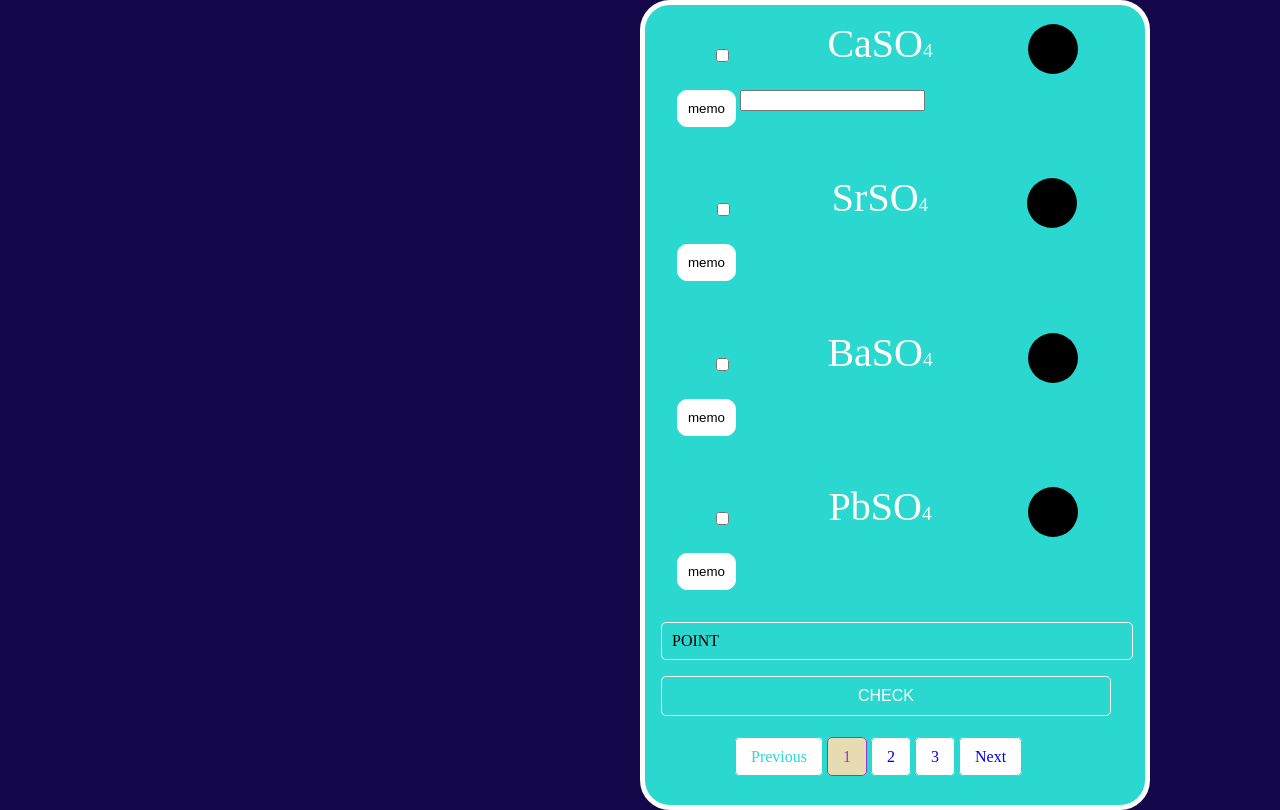
Repository: 1000sky/Inorganic_chemistry_application
Page: http://localhost/
The author's editor kept a copy of each file at every save. The page is drawn from the files as they stood at one save, then again after the next save.
The browser window is 1280 px wide. The pictures show the whole page.
After loading, the first visible `input.button` was clicked once.
The page is served by the project's Laravel application, run on PHP 8.4 with Laravel 8. Other server files are loaded and not shown.

Above is the page before, as saved 2022-07-17 11:36:52.

### application/routes/web.php
<?php

use Illuminate\Support\Facades\Route;

/*
|--------------------------------------------------------------------------
| Web Routes
|--------------------------------------------------------------------------
|
| Here is where you can register web routes for your application. These
| routes are loaded by the RouteServiceProvider within a group which
| contains the "web" middleware group. Now create something great!
|
*/

Route::get('/home', function () {
    return view('welcome');
});

Route::get('/dashboard', function () {
    return view('dashboard');
})->middleware(['auth'])->name('dashboard');

require __DIR__.'/auth.php';



Route::get('/', function () {
    return view('index');
});

Route::get('/start', function () {
    return view('start');
})->middleware('auth');

Route::get('/explanation', function () {
    return view('explanation');
});

Route::get('/index2', function () {
    return view('index2');
});

Route::get('/index3', function () {
    return view('index3');
});

Route::get('/index4', function () {
    return view('index4');
});

Route::get('/index5', function () {
    return view('index5');
});

Route::get('/index6', function () {
    return view('index6');
});

Route::get('/index7', function () {
    return view('index7');
});

### application/resources/views/index.blade.php
<!DOCTYPE html>
<html lang="ja">
<head>
    <meta charset="UTF-8">
    <meta name="viewport" content="width=device-width, initial-scale=1.0">
    <meta http-equiv="X-UA-Compatible" content="ie=edge">
    <title>Inorganic_chemistry_application</title>
    <link rel="stylesheet" href="css/reset.css" >
    <link rel="stylesheet" href="css/index.css" />

</head>
<body>
    <div class=card>
        <div class=memorize>
          <input type="checkbox" class=checkbox name="">
          <div class=Chemical-formula>CaSO<span>4</span></div>
          <div class=circle></div>
        </div>
        <form>
          <input type="button" class=button name="" value="memo" onClick="setTF(this.form.text1,'visible')">
          <input type="text" name="text1" style="visibility:hidden"><br>
        </form>
        <br>
        <br>


        <div class=memorize>
          <input type="checkbox" class=checkbox name="">
          <div class=Chemical-formula>SrSO<span>4</span></div>
          <div class=circle></div>
        </div>
        <form>
          <input type="button" class=button name="" value="memo" onClick="setTF(this.form.text1,'visible')">
          <input type="text" name="text1" style="visibility:hidden"><br>
        </form>
        <br>
        <br>


        <div class=memorize>
          <input type="checkbox" class=checkbox name="">
          <div class=Chemical-formula>BaSO<span>4</span></div>
          <div class=circle></div>
        </div>
        <form>
          <input type="button" class=button name="" value="memo" onClick="setTF(this.form.text1,'visible')">
          <input type="text" name="text1" style="visibility:hidden"><br>
        </form>
        <br>
        <br>


        <div class=memorize>
          <input type="checkbox" class=checkbox name="">
          <div class=Chemical-formula>PbSO<span>4</span></div>
          <div class=circle></div>
        </div>
        <form>
          <input type="button" class=button name="" value="memo" onClick="setTF(this.form.text1,'visible')">
          <input type="text" name="text1" style="visibility:hidden"><br>
        </form>
        <br>
        <br>

        <div id="point">POINT
           <p id="point-text"></p>
        </div>

        <button id="check">
          <p id="check-text">CHECK</p>
        </button>

        <ul class="page">
          <li>Previous</li>
          <li class="this">1</li>
          <li><a href="/index2">2</a></li>
          <li><a href="/index3">3</a></li>
          <li><a href="/index2">Next</a></li>
         </ul>
    </div>

     <script language="JavaScript">
      function setTF(fObj,vType)
      {
        fObj.style.visibility = vType;
      };

      document.getElementById("point").onclick = function() {
        document.getElementById("point-text").innerHTML = "硫酸の塩は本来,水に溶けやすいです。<br>アルカリ土類金属イオンやPb<span class=ion>2+</span>があると沈殿します。";

      };

      document.getElementById("check").onclick = function() {
        document.getElementById("check-text").innerHTML = "アルカリ土類金属　Ca Sr Ba Ra   周期表の2属に属します";


      }


      /* window.addEventListener('load', function(){
        document.getElementById("check").addEventListener('click', function(){
        alert("アルカリ土類金属　Ca Sr Ba Ra   周期表の2属に属します");
       });
      });*/
       </script>
</body>
</html>

### application/public/css/index.css
body {
    background-color: rgb(20, 8, 75);
}

.card {
  position: relative;
  top: 50%;
  left: 50%;
  width: 500px;
  height: 800px;

  background-color: rgb(42, 216, 208);
  border: solid 5px white;
  border-radius: 30px;
}
.checkbox{
    margin-top: 1rem;

}
.memorize{
  padding: 1.2rem 1.2rem 0;
  display: flex;
  justify-content: space-around;
}

.Chemical-formula {
    color: white;
    font-size: 2.5rem;
}

.circle{
  width: 50px;
  height: 50px;
  background: black;
  border-radius: 50%;

}
.circle:hover{
    background-color: white;

}

.button{

    margin: 1rem 0 0 2rem;
    border-radius: 10px;
    border: solid 1px white;
    background-color: white;
    padding: 10px;
}

span {
  font-size: 1.2rem;
}

.point {
   color: white;

   font-size: 2.5rem;
}



.page{

  position: absolute;
  left:18%;
  bottom: 5%;

}


.page li{
  display: inline;
  padding:10px 15px;
  border:solid 1px ;
  border-radius: 5px ;
  color: rgb(42, 216, 208);
  background-color: white;

}

.page li a:hover {

  background-color: rgb(255, 231, 51);
  text-decoration: none;
}


.page .this {
  background-color:rgb(231, 219, 177);
  color:rgb(140, 59, 206);
  text-decoration: none;
}

.page a {
  text-decoration: none;
}

#point {
  margin: 0 1rem;
  cursor: pointer;
  width: 450px;
  padding: 10px;
  text-align: left;
  border: 1px solid white;
  border-radius: 5px ;
}


#point-text {
  text-align: center;
}


#check {
  margin: 1rem ;
  color: white;
  cursor: pointer;
  width: 450px;
  padding: 10px;
  border: 1px solid white;
  border-radius: 5px ;
  background-color: rgb(42, 216, 208);
}


#check-text {
  font-size: 1rem;
  text-align: center;
  margin: 0 auto;
  color: white;

}


.ion {
  font-size: 0.5rem;
  vertical-align: top;

}

.hg {
  font-size: 0.5rem;
}


/* 3ページ */
.circle-CuOH{
  width: 50px;
  height: 50px;
  background: black;
  border-radius: 50%;

}
/* 3ページ */
.circle-CuOH:hover {
  background-color: rgb(52, 194, 222);
  border: 1px solid white;

}
/* 3ページ */
.circle-FeOH2{
  width: 50px;
  height: 50px;
  background: black;
  border-radius: 50%;
}
/* 3ページ */
.circle-FeOH2:hover {
  background-color: rgb(164, 213, 164);
  border: 1px solid white;

}
/* 3 4 ページ */
.circle-reddish-brown{
  width: 50px;
  height: 50px;
  background: black;
  border-radius: 50%;
}
/* 3 4ページ */
.circle-reddish-brown:hover {

  border: 1px solid white;
  background: linear-gradient(180deg,rgb(128, 37, 2), rgb(237, 237, 116));

}
/* 3ページ */
.kasuu {
  font-size: 0.5rem;
}

/* 4ページ */
.circle-black {
  width: 50px;
  height: 50px;
  background: black;
  border-radius: 50%;

}
/* 4ページ */
.circle-black:hover {
    background-color: rgb(21, 21, 29);
    border: 2px solid white;

}
/* 7ページ */
.circle-yellow {
  width: 50px;
  height: 50px;
  background: black;
  border-radius: 50%;

}
/* 7ページ */
.circle-yellow:hover {
    background-color: yellow;
    border: 2px solid white;

}

/* 7ページ */

.flame-reaction3{
  display: inline;


}

.circle-Li {

  width: 30px;
  height: 30px;
  background: black;
  border-radius: 50%;
}

.circle-Li:hover {
  background-color: rgb(233, 47, 10);
  border: 2px solid white;

}

.circle-Na {

  width: 30px;
  height: 30px;
  background: black;
  border-radius: 50%;
}

.circle-Na:hover {
  background-color: rgb(222, 193, 48);
  border: 2px solid white;

}

.circle-K {
  width: 30px;
  height: 30px;
  background: black;
  border-radius: 50%;
}

.circle-K:hover {
  background-color: rgb(211, 154, 205);
  border: 2px solid white;

}

.circle-Cu {
  width: 30px;
  height: 30px;
  background: black;
  border-radius: 50%;
}

.circle-Cu:hover {
  background-color: rgb(21, 161, 131);
  border: 2px solid white;

}

.circle-Ca {
  width: 30px;
  height: 30px;
  background: black;
  border-radius: 50%;
}

.circle-Ca:hover {
  background-color: rgb(237, 104, 37);
  border: 2px solid white;

}

.circle-Sr {
  width: 30px;
  height: 30px;
  background: black;
  border-radius: 50%;
}

.circle-Sr:hover {
  background-color: rgb(183, 46, 101);
  border: 2px solid white;

}

.circle-Ba {
  width: 30px;
  height: 30px;
  background: black;
  border-radius: 50%;
}

.circle-Ba:hover {
  background-color: rgb(174, 247, 118);
  border: 2px solid white;

}






#flame-reaction {

  margin: 1rem auto;
  cursor: pointer;
  width: 450px;
  padding: 10px;
  text-align: center;
  border: 1px solid white;
  border-radius: 5px ;


}

#flame-reaction2 {
  color: white;
  text-align: left;
  display: inline;

}

Loaded but not shown: application/routes/auth.php (common file); application/public/css/reset.css (common file)

After the next save:
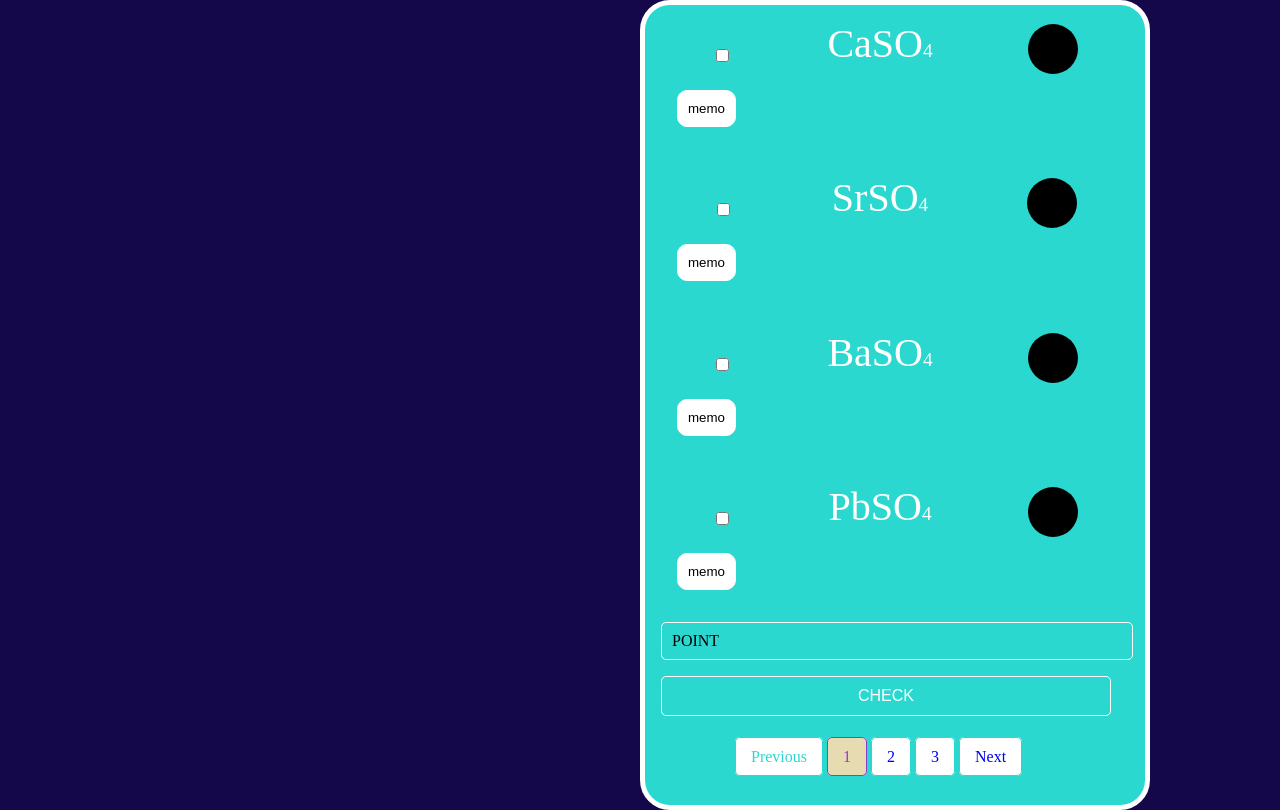
Console error: SyntaxError: Unexpected end of input
Saved 32 s later.
--- a/application/resources/views/index.blade.php
+++ b/application/resources/views/index.blade.php
@@ -94,6 +94,9 @@
         document.getElementById("check-text").innerHTML = "アルカリ土類金属　Ca Sr Ba Ra   周期表の2属に属します";
 
 
+
+      document.getElementById("check-text").onclick = function() {
+        classList.remove("check");
       }
 
 

After the 3 saves that followed:
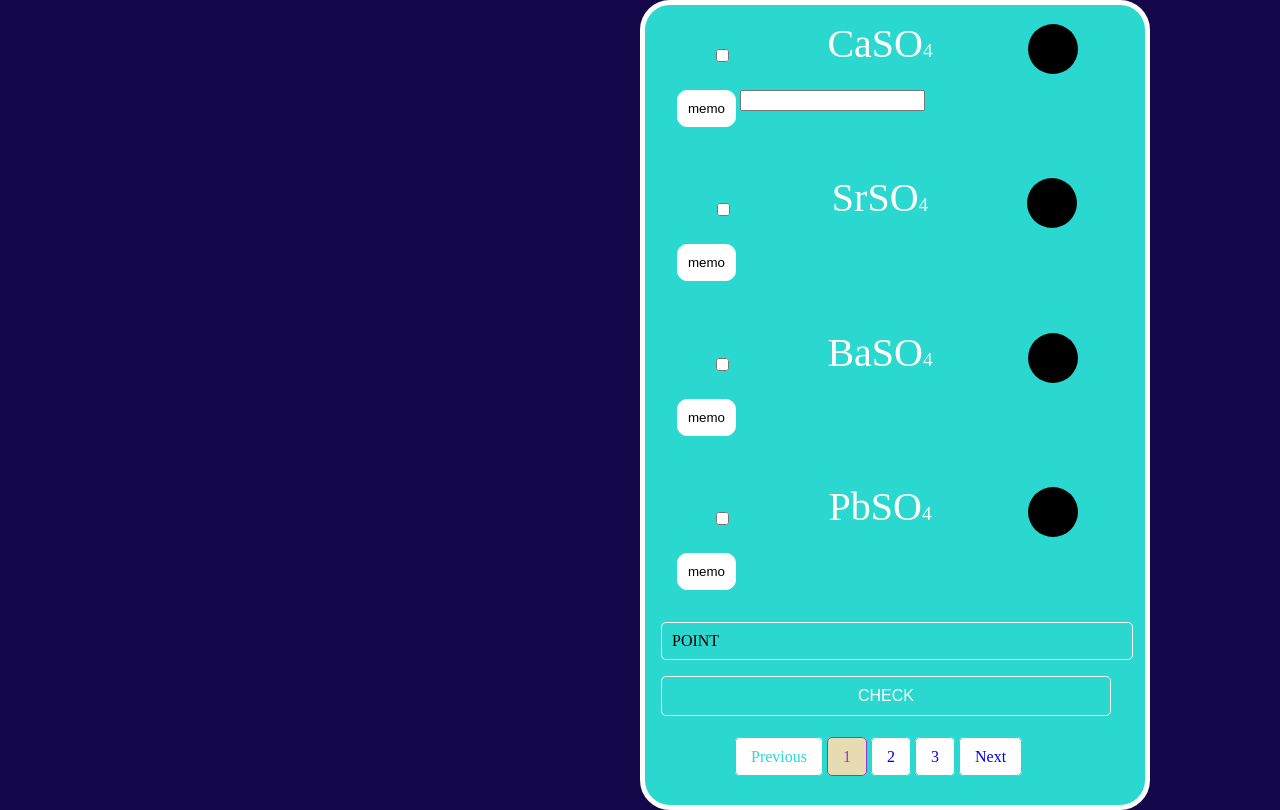
The error is gone.
The 3 saves are shown as one change because 2 left the picture as it was.
The last was saved 113 s later.
--- a/application/resources/views/index.blade.php
+++ b/application/resources/views/index.blade.php
@@ -93,10 +93,10 @@
       document.getElementById("check").onclick = function() {
         document.getElementById("check-text").innerHTML = "アルカリ土類金属　Ca Sr Ba Ra   周期表の2属に属します";
 
+      }
 
-
-      document.getElementById("check-text").onclick = function() {
-        classList.remove("check");
+      document.getElementById("check").onclick = function() {
+        document.getElementById("check").classList.remove("check-text");
       }
 
 
